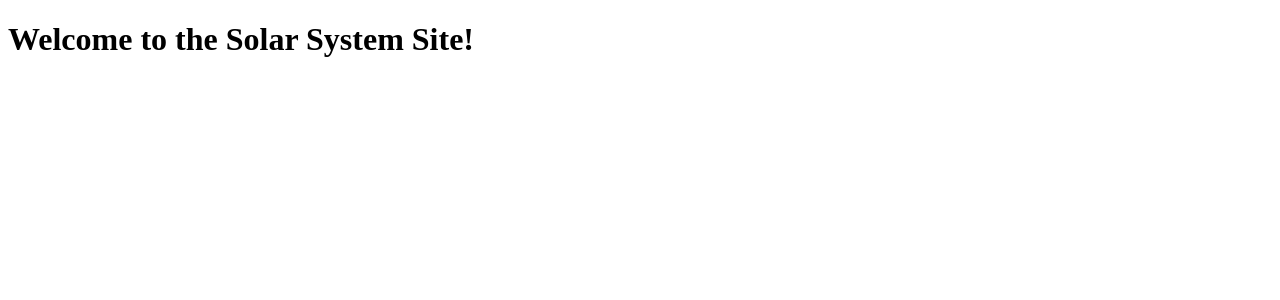
Repository: BenZhang97/BenZhang-CST336-Lab6
Page: http://localhost/
The author's editor kept a record of every edit. The page is drawn from the files as they stood at one moment, then again after the next edit.
The browser window is 1280 px wide. The pictures show the whole page.
The page is served by the project's Node server (app.js).

Above is the page before.

### views/index.html
<!DOCTYPE html>
<html>
    <head>
        <title> The Solar System </title>
    </head>
    <body>
    <h1> Welcome to the Solar System Site!</h1>
    </body>
</html>

### app.js
const express = require("express");
const app = express();
app.use(express.static('css'));
// app.use(bodyParser.urlencoded({extended: true}));
// app.set('view engine', 'ejs');
app.engine('html', require('ejs').renderFile);
app.use(express.static("public"));

//routes
app.get("/", function(req, res){
    res.render("index.html");
});

app.get("/mercury", function(req, res){
    res.render("mercury.html");
});

app.get("/venus", function(req, res){
    res.send("venus.html");
});

app.get("/earth", function(req, res) {
    res.render("earth.html");
});

/* The handler for undefined routes */
app.get("*", function(req, res){
   res.send("<h2 style='color: red;'> Sorry, Page not found !</h2>");
});

// //server listener
// app.listen(process.env.PORT, process.env.IP, function(){
//     console.log("Running Express Server...");
// });

/* Start the application server */
app.listen(process.env.PORT || process.env.IP, function(){
    console.log("Server has been started");
})

### views/partials/header.ejs
<!DOCTYPE html>
<html>
    <head>
        <title> The Solar System </title>
        <style>
            h1 {
                background-color: green;
            }

div {
  background-color: lightblue;
}

p {
  background-color: yellow;
}
</style>
    </head>
    <body>

After the next edit:
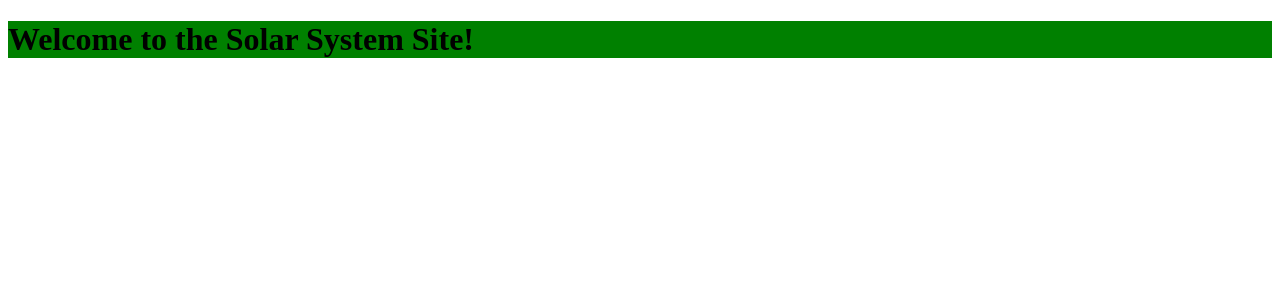
The edit:
--- a/views/index.html
+++ b/views/index.html
@@ -1,9 +1,5 @@
-<!DOCTYPE html>
-<html>
-    <head>
-        <title> The Solar System </title>
-    </head>
-    <body>
+<%- include('partials/header.ejs') %>
+
     <h1> Welcome to the Solar System Site!</h1>
     </body>
 </html>
